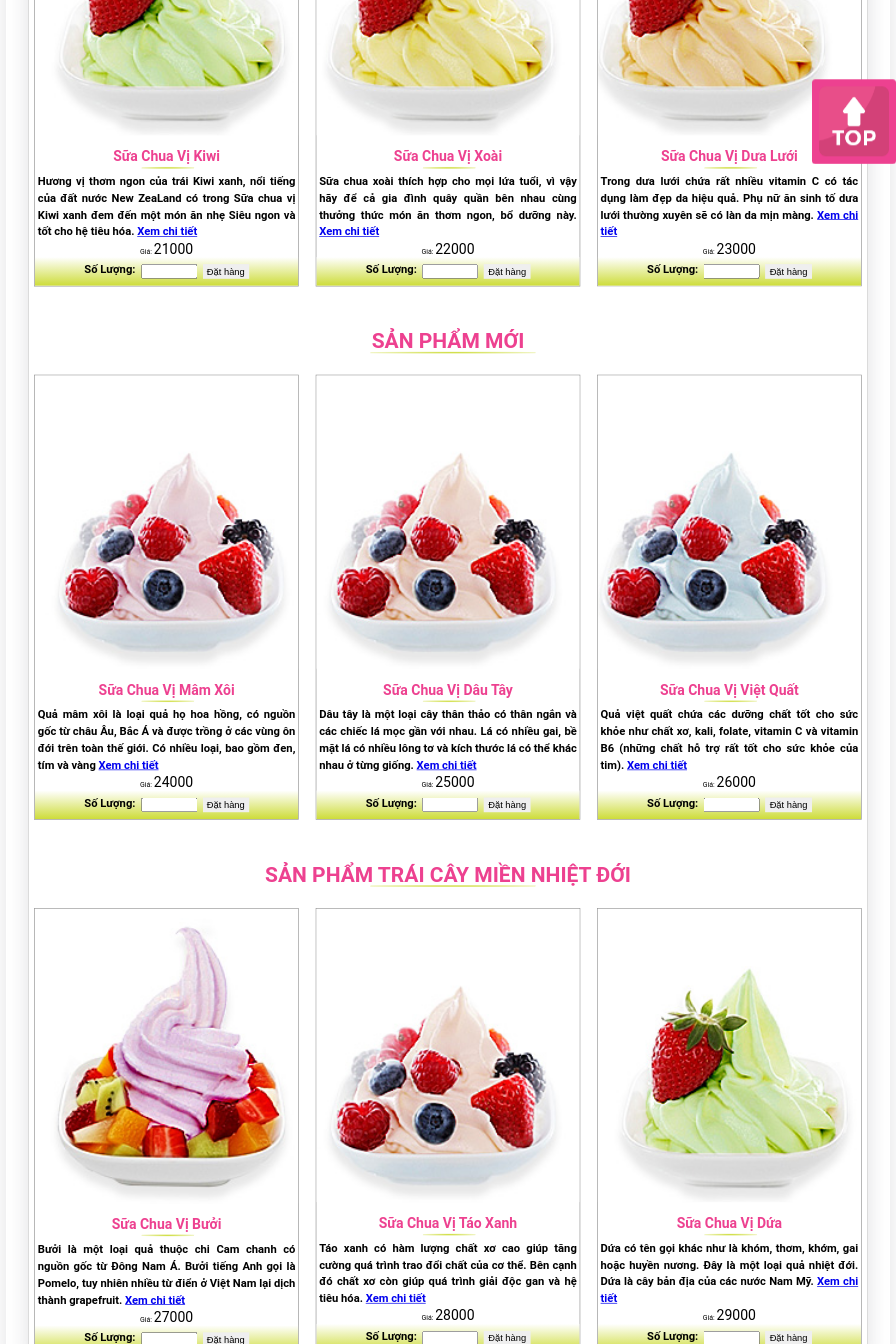
Repository: minh352623/lab1
Page: sanpham.html
These files come from the project's save history. The page is drawn as it stood at one moment and after a run of saves; the edit follows.
The browser window is 1280 px wide. The pictures show the part of the page from y = 486 to 2406 px (the page is 2528 px tall before and 2690 px after), at 70% of full size.

Above is the page before, as saved 2022-03-12 23:44:15.

### sanpham.html
<!DOCTYPE html>
<html lang="en">

<head>
    <meta charset="UTF-8">
    <meta http-equiv="X-UA-Compatible" content="IE=edge">
    <meta name="viewport" content="width=device-width, initial-scale=1.0">
    <link rel="shortcut icon" href="./images/favicon.ico" type="image/x-icon">
    <link rel="stylesheet" href="https://cdnjs.cloudflare.com/ajax/libs/font-awesome/5.15.4/css/all.min.css" integrity="sha512-1ycn6IcaQQ40/MKBW2W4Rhis/DbILU74C1vSrLJxCq57o941Ym01SwNsOMqvEBFlcgUa6xLiPY/NS5R+E6ztJQ==" crossorigin="anonymous" referrerpolicy="no-referrer" />


    <link rel="stylesheet" href="./assets/base.css">
    <link rel="stylesheet" href="./assets/grid.css">
    <link rel="stylesheet" href="./assets/main.css">
    <link rel="stylesheet" href="./assets/sanpham.css">
    <link rel="stylesheet" href="./assets/responsive.css">
    <link rel="shortcut icon" href="./assets/images/favicon.ico">
    <title>Sản Phẩm</title>
</head>

<body>
    <div class="app">
        <!-- header -->
        <div class="header">
            <div class="grid wide">
                <div class="header__backrgoud">

                    <a href="index.html" class="header__logo">
                        <img src="./assets/images/logo.png" alt="">
                    </a>
                    <div class="header__three-img">

                        <a href="#" class="header__img img1">
                            <img src="./assets/images/header-img1.png" alt="hinh1">
                        </a>
                        <a href="#" class="header__img img2">
                            <img src="./assets/images/header-img2.png" alt="hinh2">
                        </a>
                        <a href="#" class="header__img img3">
                            <img src="./assets/images/header-img3.png" alt="hinh3">
                        </a>
                    </div>

                    <div class="header-navbar">
                        <div class="header-navbar__left">
                            <ul  class="header__list">
                                <li class="header__item">
                                    <a href="./index.html" class="header__item-link">Trang Chủ</a>

                                </li>
                                <li class="header__item">
                                    <a href="./gioithieu.html" class="header__item-link">Giới Thiệu </a>

                                </li>
                                <li class="header__item">
                                    <a href="./sanpham.html" class="header__item-link">Sản Phẩm</a>

                                </li>
                                <li class="header__item">
                                    <a href="./tintuc.html" class="header__item-link">Tin Tức</a>

                                </li>
                                <li class="header__item">
                                    <a href="./dangnhap.html" class="header__item-link">Đăng Nhập</a>

                                </li>
                                <li class="header__item">
                                    <a href="./dangky.html" class="header__item-link">Đăng Kí</a>

                                </li>
                                <li class="header__item">
                                    <a href="./lienhe.html" class="header__item-link">Liên Hệ</a>

                                </li>


                            </ul>
                        </div>

                        <form action="timkiem.html" class="header-navbar__right form-search" >
                            <div class="header-input">
                                <input type="text" class="input-search" submit placeholder="Nhập để tim kiếm...">
                            </div>
                            <div class="header-icon">
                                <button type="submit">

                                    <a href="#" class="header-icon__search">
                                        <i class="fas fa-search"></i>

                                    </a>
                                </button>
                                <a class="header-icon__cart">
                                    <i class="fas fa-shopping-cart"></i>
                                </a>
                            </div>
                        </form>
                    </div>
                </div>
            </div>

        </div>


        <!-- main -->
        <div class="main">
            <div class="grid wide">
                <div class="container">


                    <div class="product">
                        <h1 class="product__title product__header-center">Sản Phẩm Truyền Thống</h1>
                        <div class="row">

                            <div class="col l-4">

                            </div>
                            <div class="col l-4">

                            </div>
                            <div class="col l-4 overflow">

                            </div>
                        </div>

                    </div>
                    <div class="product">
                        <h1 class="product__title product__header-center">SẢN PHẨM MỚI
                        </h1>
                        <div class="row">

                            <div class="col l-4">

                            </div>
                            <div class="col l-4">

                            </div>
                            <div class="col l-4">

                            </div>
                        </div>

                    </div>
                    <div class="product">
                        <h1 class="product__title product__header-center">SẢN PHẨM TRÁI CÂY MIỀN NHIỆT ĐỚI
                        </h1>
                        <div class="row">

                            <div class="col l-4">

                            </div>
                            <div class="col l-4">



                            </div>

                            <div class="col l-4">

                            </div>
                        </div>

                    </div>
                </div>


            </div>


        </div>

    </div>


    <!-- footer -->
    <div class="footer">
        <div class="grid wide">
            <div class="license">
                <span>© 2021 Bản quyền thuộc về FreeezeVN.</span>
                <a href="">

                    <i class="fab fa-facebook-f"></i>
                </a>
                <a href="">

                    <i class="fab fa-twitter"></i>
                </a>
                <a href="">

                    <i class="fab fa-pinterest"></i>
                </a>
            </div>
            <a href="#" class="scoll">

                <img src="./assets/images/top.png" alt="">
            </a>
        </div>

    </div>

    </div>
    <script src="./js/sanpham.js"></script>
    <script src="./js/app.js"></script>

</body>

</html>

### assets/base.css
:root {
    --white-color:#fff;
    --black-color:#000;
    --text-color:#333;
    --text-color-header:#ed4190;
    --header-height:40px;
    --header-height-main:50px;
}

*{
    box-sizing: inherit;
}
.app {
    overflow: hidden;
}
html {
    font-size: 62.5%;
    line-height: 1.6rem;
    font-family: 'Roboto', sans-serif;
    box-sizing: border-box;


}

.btn {
    min-width: 124px;
    height: 34px;
    text-decoration: none;
    border: none;
    font-size: 1.5rem;
    cursor: pointer;
    color: var(--text-color);

    display: flex;
    justify-content: center;
    align-items: center;
    padding: 0 12px;
    background-color: var(--white-color);
    line-height: 1.6rem;
    outline: none;
}
.btn--size-s {
    height: 32px;
    font-size: 1.2rem;
}
.btn.btn--nomal-hover:hover {
    background-color: rgba(0, 0, 0,0.2);
}

.btn.btn--primary {
    background-color: var(--primary-color);
    color: var(--white-color);
}

.btn.btn--disabled {
    cursor: default;
    background-color: #c3c3c3;
    color: #949494;
}

### assets/main.css

html{
    scroll-behavior: smooth;
}
.app{
    position: relative;
    box-shadow: rgba(100, 100, 111, 0.2) 0px 7px 29px 0px;
}
button{
    border: none;
}
.header.is-fixed {
    position: fixed;
    top: 0;
    left: 0;
    width: 100%;
    z-index: 100;
    animation: fade 0.25s forwards 1;
  }
.header__backrgoud {
    background-image: url('./images/header.png');
    border-radius: 5px;
    padding: 0 10px;
    /* height:10rem; */
    overflow: hidden;
    display: block;
    position: relative;
    box-shadow: rgba(100, 100, 111, 0.2) 0px 7px 10px 0px;
}

.header__logo {
    display: inline-block;
}

.header__three-img {
    position: absolute;
    top: 0;
    left: 20%;
    width: 80%;



}

.header__img {
    display: inline-block;



}

.img1 {
    position: absolute;
    animation: img1 ease 1s;
    left: 30%;
    top: 2%;

}

.img2 {
    position: absolute;
    animation: img2 ease 1s;
    left: 45%;
    top: 2%;

}

.img3 {
    position: absolute;
    animation: img3 ease 1s;
    left: 63%;
    top: 2%;

}

@keyframes img1 {
    0% {
        left: 100%;
    }

    100% {
        left: 20%
    }
}

@keyframes img2 {
    0% {
        left: 100%;
    }

    100% {
        left: 40%
    }
}

@keyframes img3 {
    0% {
        left: 100%;
    }

    100% {
        left: 60%
    }
}

.header__img img {
    height: 80px;
}


.header-navbar {

    display: flex;
    justify-content: space-between;
    margin-top: 30px;
}

.header-navbar__left {
    display: flex;
    align-items: center;

}

.header__list {
    padding: 0;
    list-style: none;
    display: flex;

}

.header__item+.header__item {
    margin-left: 10px;
}

.header__item {

    background-color: var(--white-color);
    border-radius: 4px;
}
.header__item:hover a{
    color: var(--white-color);
    background-color: var(--text-color-header);
    border-radius: 4px;

}

.header__item-link {
    width: 100%;
    padding: 0 8px;
    line-height: 1.4;
    font-size: 1.8rem;
    font-weight: 600;
    display: block;
    text-decoration: none;
    color: var(--text-color-header)
}

.header-navbar__right {
    display: flex;


    align-items: center;

}

.header-input input {
    font-size: 1.6rem;
    padding: 5px 5px;

}

.header-icon {
    display: flex;
}

.header-icon__cart,
.header-icon__search {
    display: block;
    font-size: 1.6rem;
    margin-left: 10px;
    padding: 10px;
    background-color: #cddc39;
    text-decoration: none;

}

.header-icon__cart i,
.header-icon__search i {
    align-items: center;
    text-align: center;
    color: var(--white-color)
}

/* main */
.container {
    box-shadow: rgba(100, 100, 111, 0.2) 0px 7px 29px 0px;
    border:1px solid #ccc;
    padding:8px;
}

.bg-home {
    /* width:100%; */
}

.bg-home img {
    width: 100%;
    object-fit: contain;
}

.product {
    padding-top:50px
}

.product__header-center {

    color: var(--text-color-header);
    font-size: 3rem;
    position: relative;

    text-align: center;
    display: flex;
    justify-content: center;

}

.product__header-center::after {
    content: '';
    position: absolute;
    background: radial-gradient(#cddc39, #fff);
    box-sizing: border-box;
    transform: skew(-12deg) translate(3%);
    height: 3px;
    width: 20%;
    bottom: -10px;
}

.product__title {
    font-size: 2rem;
    color: var(--text-color-header)
}

.product__img {

}
.product__img img{
    width: 100%;
    object-fit: contain;
}
.product__info p{
    line-height:1.5;
    width: 100%;
    margin-top: 0;
    font-size:1.8rem;
    color: var(--black-color);
    font-weight: 600;
}
.flex{
    display: flex;
    flex-direction: row-reverse
}
.product__header-center3{
    color: var(--text-color-header);
    font-size: 3rem;




}
.tutorial h2{
    color: var(--text-color-header);
    font-size:1.8rem;
}

.tutorial{
    font-size:1.6rem;
    line-height: 1.4;
    font-weight: 600;
}

.contact{
    border:1px solid var(--text-color-header);
    padding:10px 0;
    text-align:center;
}
.contact__img{
    object-fit: contain;
    width: 40%;
}
.contact span {
    display: block;
    font-size:1.8rem;
    font-weight: 600;
    padding-top: 10px;
}

/* footer */

.license{
    font-size:2.5rem;
    font-weight: 600;
    display: block;
    padding: 30px 50px;
    margin-top: 5px;
    text-align:center;
    box-shadow: rgba(100, 100, 111, 0.2) 0px 7px 29px 0px;
}
.license a{
    text-decoration:none;
    color: var(--text-color-header)
}

.scoll{
    font-size:2rem;
    position:fixed;
    background:var(--text-color-header);
    display:block;
    text-decoration: none;
    padding:10px;
    bottom:0;
    right: 0;
    border-radius:5px;
}
.scoll img{
    width: 100%;
    object-fit: contain;
    width:100px;
    height: 100px;
}
.price{
    font-size:2rem;
    margin:16px 0;

}

### assets/sanpham.css
.product{
    /* border: 1px solid #333; */
}
.overflow{
    overflow: hidden;
}

.product__title{
    text-transform:uppercase;
    font-size: 3rem !important;
    text-align: center;
    margin-bottom: 40px;
}
.product-child{
    border: 1px solid #999;

    overflow: hidden;

}
.product__header-center{
    text-align: center;
    font-size:2rem;
    height:10%;
}
.product__header{

    height:60%;
}
.product__img{
    height:40%;
    position: relative;
}
.product__img img{
    max-height:100%;
    object-fit: cover;
}
.product__info {
    height:90%;
    text-align: center;
}
.product__info p {
    height:60%;
    font-size:1.6rem;
    height:30%;
    text-align: justify;
    padding:0 4px;
    margin-bottom: 4px;
}

.product__info-oder {
    height:40%;
    display:flex;
    font-size:1.6rem;
    padding:10px 0;
    background-image:linear-gradient(  #fff,#cddc39);
    /* background-color:red; */
    justify-content:center;
}
.product__info-oder span{
    font-weight: 600;
}
.product__info-oder input{
    margin: 0 8px;
    width:80px
}
.product__img::after,
.product__img::before{
    content: "";
    position: absolute;
    display: block;
    top: 0;
    width: 0;
    bottom: 0;
    background-color: #333;
    opacity: 0.2;
    z-index: 1;
    transition: all ease 0.8s;
    -webkit-transition: all 0.4s ease;
}
.product__img:hover::after,
.product__img:hover::before{
    width:50%;
}
.product__img::after{
    right:0;
}
.product__img::before{
    left:0;
}

### assets/responsive.css
/* mobile and table  */

@media (max-width:1023px){




}


/* table  */

@media (min-width:740px) and (max-width:1023px ){







}


/* mobile */
@media (max-width:739px){




}

Loaded but not shown: js/sanpham.js (152 lines, source omitted); js/app.js (47 lines, source omitted); assets/grid.css (644 lines, source omitted)

After the next 3 saves:
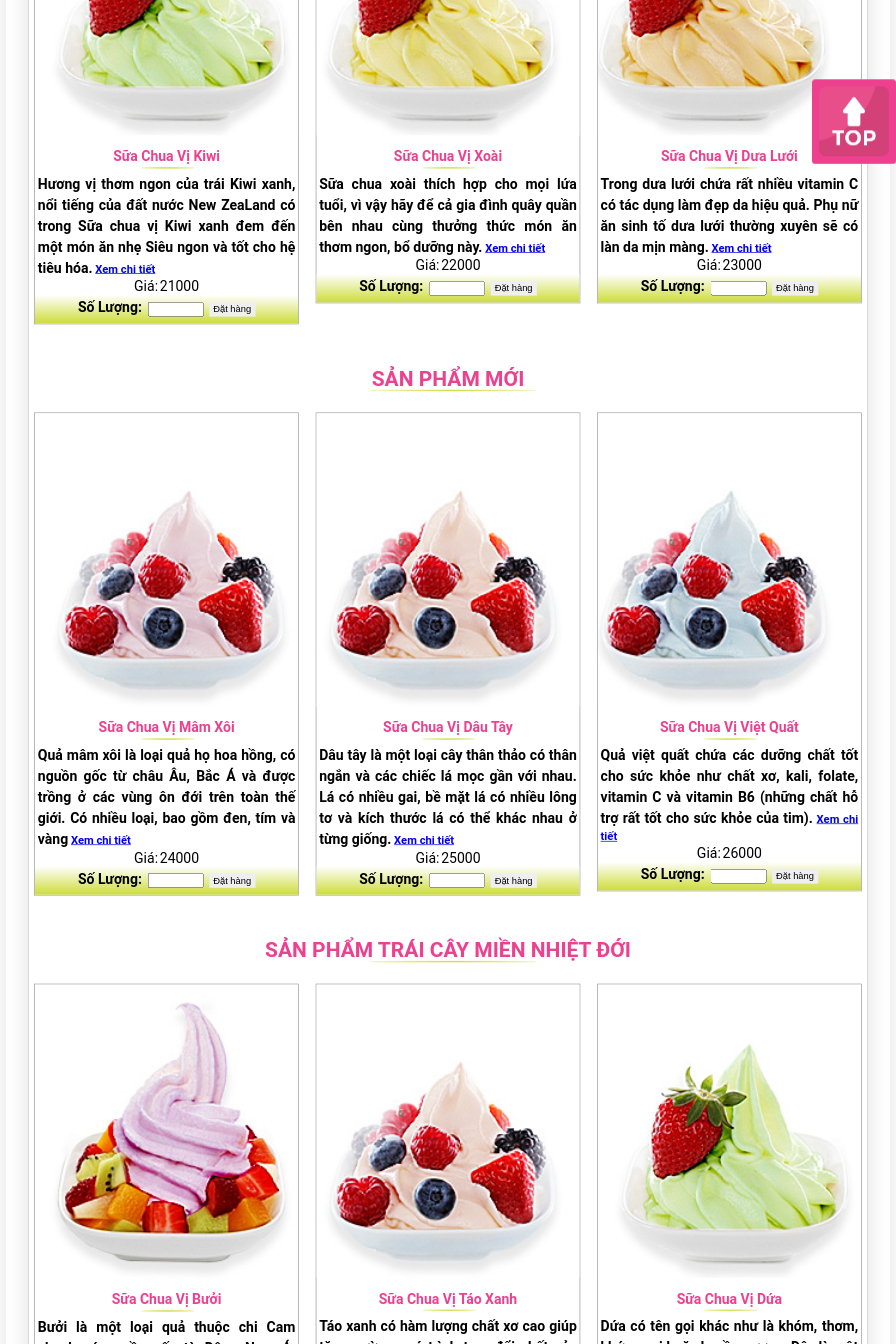
The 3 saves are shown as one change because they came seconds apart.
The last was saved 24 s later.
--- a/assets/main.css
+++ b/assets/main.css
@@ -331,3 +331,6 @@ button{
     margin:16px 0;
 
 }
+span{
+    font-size: 2rem;
+}
